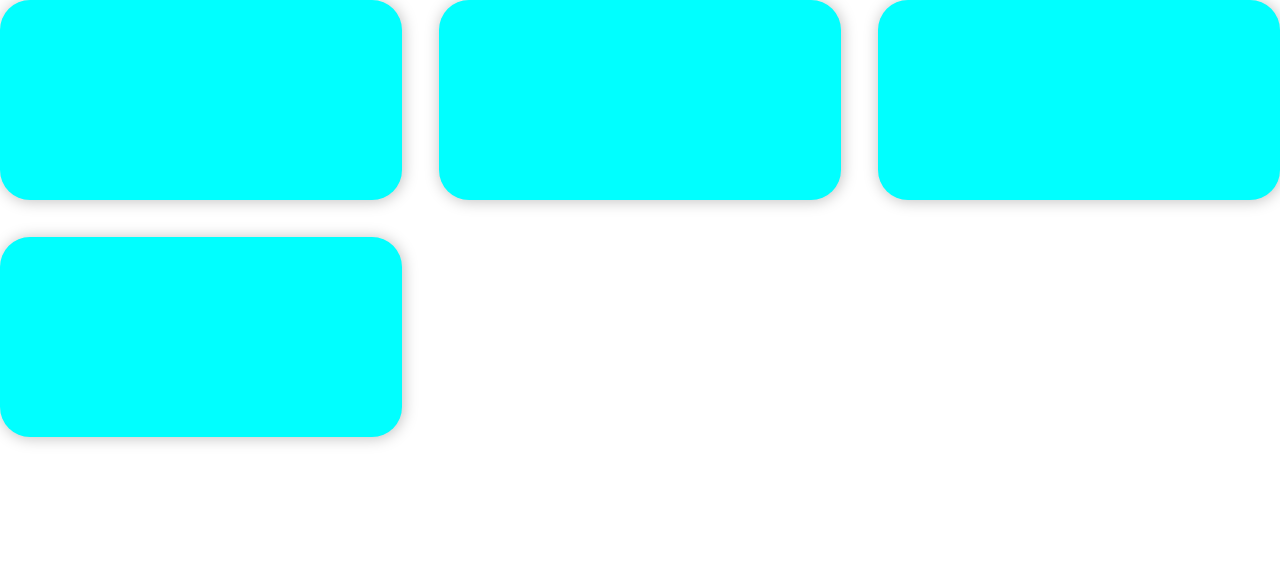
Repository: AytacSafarova/Grid-template
Page: index.html
An editor plug-in stored every save of this project. The page is shown before and after the next save, followed by the edit.
The browser window is 1280 px wide. The pictures show the whole page.

Above is the page before, as saved 2023-05-06 18:34:58.

After the next save:
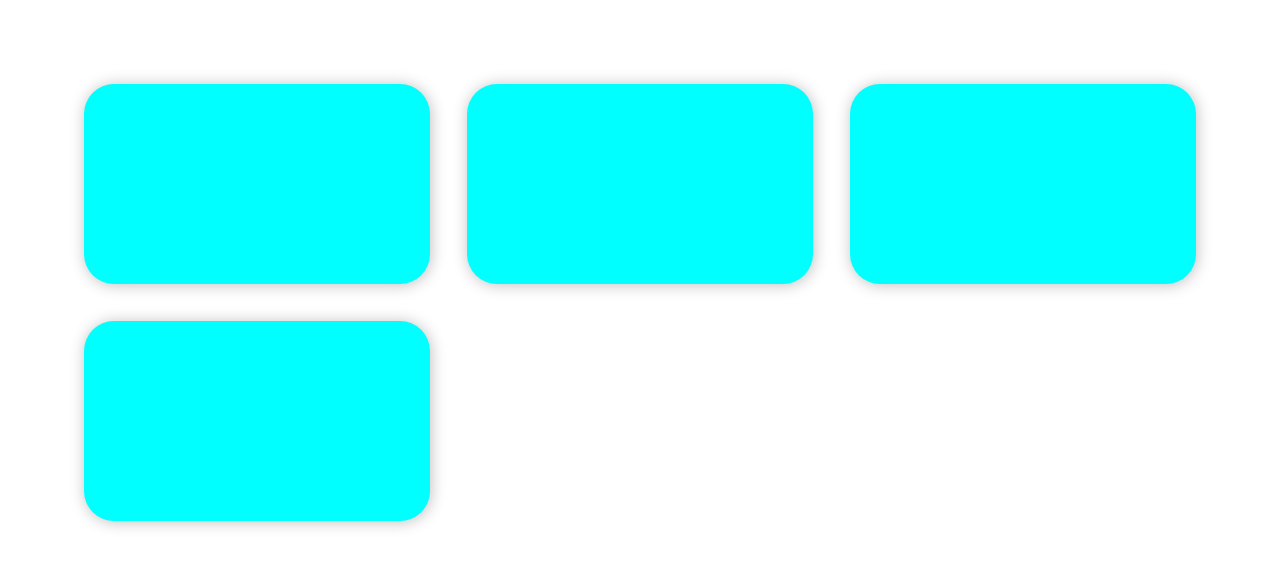
Saved 51 s later.
--- a/index.css
+++ b/index.css
@@ -5,6 +5,7 @@
 }
 
 .container{
+    padding: 84px;
 display: grid;
 grid-template-columns: 0.9fr 0.9fr 0.9fr;
 grid-gap:37px
